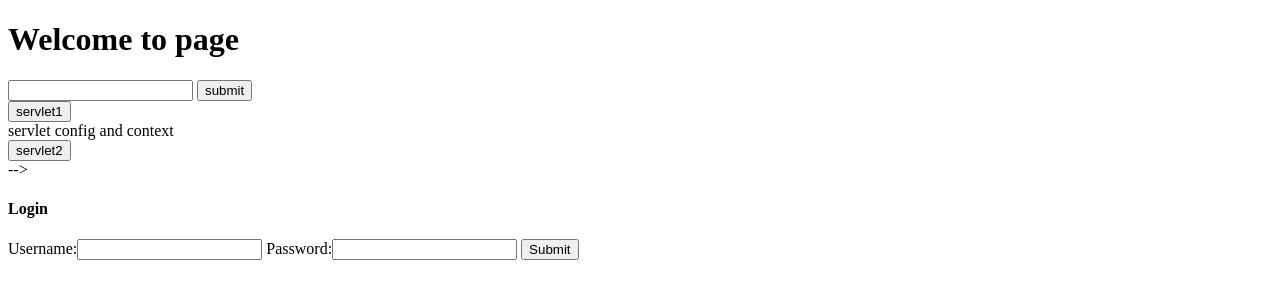
Repository: ankitaunhalkar/Bridgelabz-Servlet
Page: Servlet/WebContent/index.html
An editor plug-in stored every save of this project. The page is shown before and after the next save, followed by the edit.
The browser window is 1280 px wide. The pictures show the whole page.

Above is the page before, as saved 2018-05-21 06:49:54.

### Servlet/WebContent/index.html
<!DOCTYPE html>
<html>
<head>
<meta charset="UTF-8">
<title>Insert title here</title>
</head>
<body>
<h1>Welcome to page</h1>
<!-- servlet request and response -->
<form action="servletRequestDemo">
<input type="text" name="name"/>
<input type="submit" value="submit"></form>

<!-- <!-- servlet config and context -->
<form action="Servlet1">
<input type="submit" value="servlet1"/>
</form>

servlet config and context
<form action="Servlet2">
<input type="submit" value="servlet2"/>
</form> -->

<!-- RequestDispatcher example -->
<h4>Login</h4>
<form action="Login">
Username:<input type = "text" name="user">
Password:<input type = "password" name="pass">
<input type="submit" value="Submit">
</form>
</body>
</html>

After the next save:
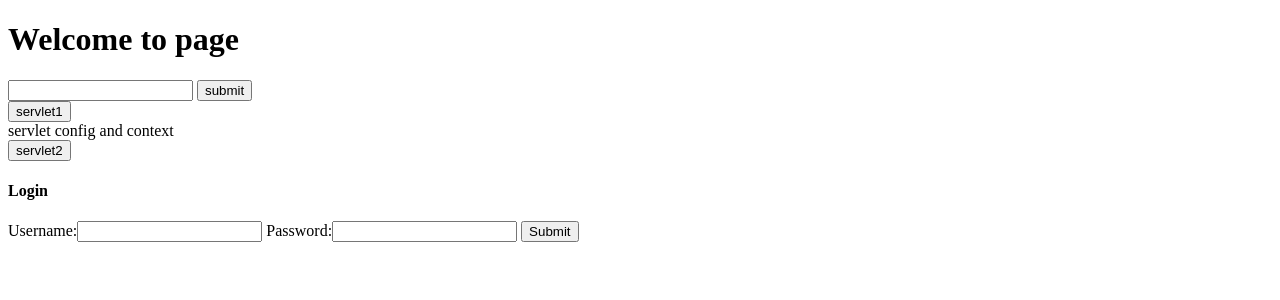
Saved 33 s later.
--- a/Servlet/WebContent/index.html
+++ b/Servlet/WebContent/index.html
@@ -11,7 +11,7 @@
 <input type="text" name="name"/>
 <input type="submit" value="submit"></form>
 
-<!-- <!-- servlet config and context -->
+<!-- servlet config and context -->
 <form action="Servlet1">
 <input type="submit" value="servlet1"/>
 </form>
@@ -19,7 +19,7 @@
 servlet config and context
 <form action="Servlet2">
 <input type="submit" value="servlet2"/>
-</form> -->
+</form>
 
 <!-- RequestDispatcher example -->
 <h4>Login</h4>
